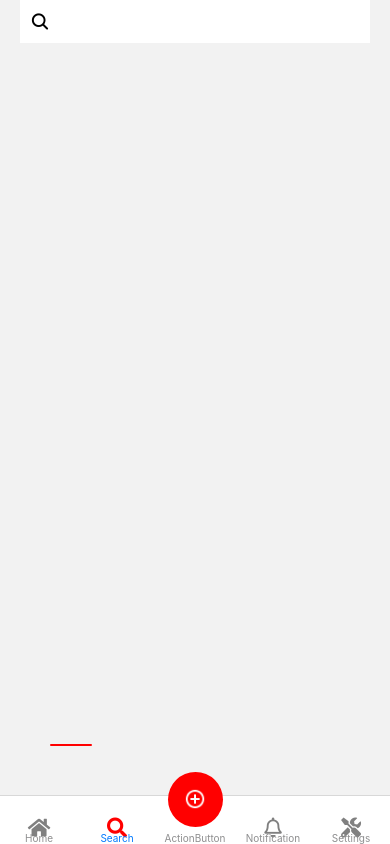
Repository: albertoue93/taller-react-native
Screen: /Search
An editor plug-in stored every save of this project. The screen is shown before and after the next save, followed by the edit.
The page's requests for data from a server got no answer. The app was drawn by React Native's web renderer in a window 390 px wide. The project was rebuilt for these pictures with package versions that can differ from the ones it lists, and the page was loaded fresh each time. No one was signed in, and anything a server would have sent is missing. Also part of the build but not shown: components/Card.js, screens/PaginaNueva.js, screens/PaginaNoti.js, screens/PaginaConfig.js.

Above is the screen before, as saved 2021-08-26 16:54:09.

### App.js
import { StatusBar } from 'expo-status-bar';
import React from 'react';
import { StyleSheet, Text, View, Animated, Dimensions, Image, TouchableOpacity, Platform } from 'react-native';

import 'react-native-gesture-handler';
import { NavigationContainer } from '@react-navigation/native';
import { createBottomTabNavigator } from '@react-navigation/bottom-tabs';

import plus from './assets/plus.png';

import { FontAwesome5 } from '@expo/vector-icons';
import { useRef } from 'react';

import PaginaHome from './screens/PaginaHome';
import PaginaBuscar from './screens/PaginaSearch';
import PaginaNueva from './screens/PaginaNueva';
import PaginaNoti from './screens/PaginaNoti';
import PaginaConfig from './screens/PaginaConfig';

const Tab = createBottomTabNavigator();

export default function App() {

  const tabOffsetValue = useRef(new Animated.Value(0)).current;

  return (
    <NavigationContainer>
      <Tab.Navigator TabBarOption={{
        showLabel: false,
        style: {
          backgroundColor: 'white',
          position: 'absolute',
          bottom: 40,
          marginHorizontal: 20,
          bright: 60,
          borderRadiues: '#000',
          shadowOpacity: 0.06,
          shadowOffset: {
            width:10,
            height:10
          },
          paddingHorizontal: 29,
        }
      }}>
    <Tab.Screen name={"Home"} component={PaginaHome} options={{
          tabBarIcon: ({ focused }) => (
            <View style={{
              position:'absolute',
              top:20
            }}>
              <FontAwesome5
              name="home"
              size={20}
              color={ focused ? 'red' : 'gray' }
              ></FontAwesome5>
            </View>
          )
        }} listeners = {({ navigation, route }) => ({
          tabPress: e => {
            Animated.spring(tabOffsetValue, {
              toValue:0,
              useNativeDriver:true
            }).start();
          }
        })}></Tab.Screen>

    <Tab.Screen name={"Search"} component={PaginaBuscar} options={{
          tabBarIcon: ({ focused }) => (
            <View style={{
              position:'absolute',
              top:20
            }}>
              <FontAwesome5
              name="search"
              size={20}
              color={ focused ? 'red' : 'gray' }
              ></FontAwesome5>
            </View>
          )
        }} listeners = {({ navigation, route }) => ({
          tabPress: e => {
            Animated.spring(tabOffsetValue, {
              toValue:0,
              useNativeDriver:true
            }).start();
          }
        })}></Tab.Screen>

    <Tab.Screen name={"ActionButton"} component={PaginaNueva} options={{
          tabBarIcon: ({ focused }) => (
            <View style={{
              width:55,
              height:55,
              backgroundColor: 'red',
              borderRadius:30,
              justifyContent: 'center',
              alignItems: 'center',
              marginBottom: Platform.OS == "android" ? 50 : 30
            }}>
              <Image source={plus} style={{
                width:22,
                height:22,
                tintColor: 'white'
              }}></Image>
            </View>
          )
        }} listeners = {({ navigation, route }) => ({
          tabPress: e => {
            Animated.spring(tabOffsetValue, {
              toValue:0,
              useNativeDriver:true
            }).start();
          }
        })}></Tab.Screen>

    <Tab.Screen name={"Notification"} component={PaginaNoti} options={{
          tabBarIcon: ({ focused }) => (
            <View style={{
              position:'absolute',
              top:20
            }}>
              <FontAwesome5
              name="bell"
              size={20}
              color={ focused ? 'red' : 'gray' }
              ></FontAwesome5>
            </View>
          )
        }} listeners = {({ navigation, route }) => ({
          tabPress: e => {
            Animated.spring(tabOffsetValue, {
              toValue:0,
              useNativeDriver:true
            }).start();
          }
        })}></Tab.Screen>

    <Tab.Screen name={"Settings"} component={PaginaConfig} options={{
          tabBarIcon: ({ focused }) => (
            <View style={{
              position:'absolute',
              top:20
            }}>
              <FontAwesome5
              name="tools"
              size={20}
              color={ focused ? 'red' : 'gray' }
              ></FontAwesome5>
            </View>
          )
        }} listeners = {({ navigation, route }) => ({
          tabPress: e => {
            Animated.spring(tabOffsetValue, {
              toValue:0,
              useNativeDriver:true
            }).start();
          }
        })}></Tab.Screen>

      </Tab.Navigator>

      <Animated.View style={{
        width: getWidth() - 20,
        height: 2,
        backgroundColor: 'red',
        position: 'absolute',
        bottom:98,
        left:50,
        borderRadius:20,
        transform: [{
          translateX: tabOffsetValue
        }
      ]
      }}>

      </Animated.View>

    </NavigationContainer>
  );
}

function getWidth(){
  let witdh = Dimensions.get("window").width

  witdh = witdh - 80

  return witdh / 5
}
/*
function PaginaHome(){
  return(
    <View style={{
      flex:1,
      justifyContent: 'center',
      alignItems: 'center'
    }}>
      <Text>Página Principal</Text>
    </View>
  )
}

function PaginaBuscar(){
  return(
    <View style={{
      flex:1,
      justifyContent: 'center',
      alignItems: 'center'
    }}>
      <Text>Página Buscar</Text>
    </View>
  )
}

function PaginaNueva(){
  return(
    <View style={{
      flex:1,
      justifyContent: 'center',
      alignItems: 'center'
    }}>
      <Text>Página Nueva</Text>
    </View>
  )
}

function PaginaNoti(){
  return(
    <View style={{
      flex:1,
      justifyContent: 'center',
      alignItems: 'center'
    }}>
      <Text>Página Notificacion</Text>
    </View>
  )
}

function PaginaConfig(){
  return(
    <View style={{
      flex:1,
      justifyContent: 'center',
      alignItems: 'center'
    }}>
      <Text>Página Configuracion</Text>
    </View>
  )
}
*/
const styles = StyleSheet.create({
  container: {
    flex: 1,
    backgroundColor: '#fff',
    alignItems: 'center',
    justifyContent: 'center',
  },
});

### screens/PaginaHome.js
import React, {Component} from 'react';
import { Text, View, FlatList, ScrollView } from 'react-native';

import Lista from '../components/Card'

class PaginaHome extends Component {

    state = {
        data:[]
    }

    async componentWillMount(){
        await this.retornarEmp()
    }

    async retornarEmp(){
        const res = await fetch('https://zm3x36i1inftpll-listica.adb.us-phoenix-1.oraclecloudapps.com/ords/smart_log/smart/empleados')
        const data = await res.json()

        this.setState({ data })
    }

    render() {
        const { data } = this.state;
        console.log(data);
        return(
            <View style={{
              flex:1,
              justifyContent: 'center',
              alignItems: 'center'
            }}>
                <ScrollView style={{ width:"100%",height:"75%"}} contentContainerStyle={{flexWrap:"wrap",justifyContent:"center"}}>
                    <FlatList data={data.items}
                    keyExtractor={({id},index) => id}
                    renderItem={({item }) => (
                        <Lista name={item.nombre}/>
                    )}/>

                </ScrollView>
            </View>
          );
    }
}

export default PaginaHome;

### screens/PaginaSearch.js
import React, { Component } from 'react';
import { Text, View, SafeAreaView, TextInput, Platform } from 'react-native';

import Icon from 'react-native-vector-icons/Ionicons'
class PaginaSearch extends Component {
    render() {
        return (
            <SafeAreaView style={{ flex: 1 }}>
                <View style={{ flex: 1 }}>
                    <View style={{
                        flexDirection: 'row', padding: 10,
                        backgroundColor: 'white', marginHorizontal: 20,
                        shadowOffset: { width: 0, height: 0 },
                        shadowColor: 'black',
                        shadowOpacity: 0.2,
                        elevation: 1,
                        marginTop: Platform.OS ==  'android' ? 30 : null
                    }}>
                        <Icon name="ios-search" size={ 20 } style={{ marginRight: 10 }} />
                        <TextInput
                            underlineColorAndroid="transparent"
                            />
                    </View>
                </View>
            </SafeAreaView>
        );
    }
}

export default PaginaSearch;

After the next save:
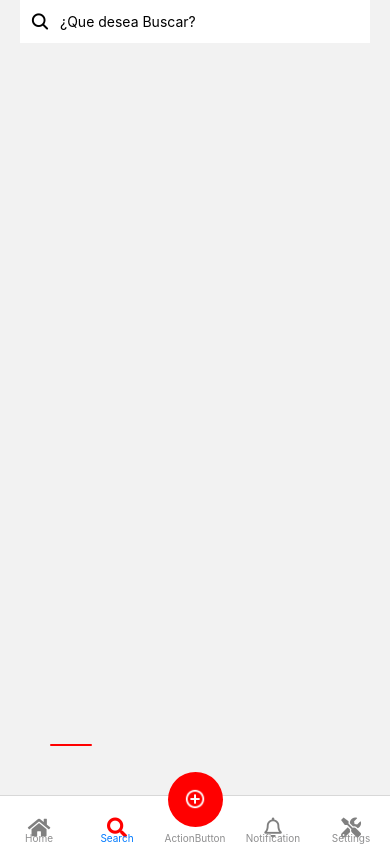
Saved 51 s later.
--- a/screens/PaginaSearch.js
+++ b/screens/PaginaSearch.js
@@ -19,6 +19,7 @@ class PaginaSearch extends Component {
                         <Icon name="ios-search" size={ 20 } style={{ marginRight: 10 }} />
                         <TextInput
                             underlineColorAndroid="transparent"
+                            placeholder="¿Que desea Buscar?"
                             />
                     </View>
                 </View>
